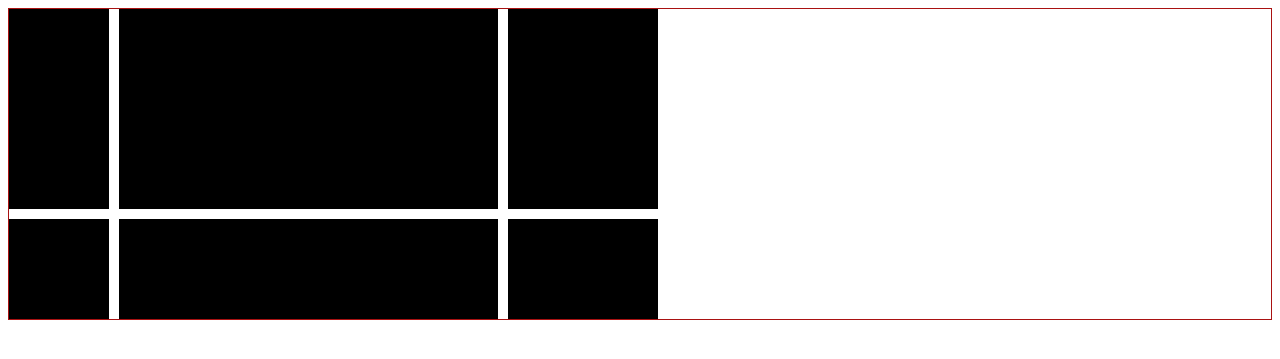
Repository: IrinaGetmanenko/week6
Page: tables.html
An editor plug-in stored every save of this project. The page is shown before and after the next save, followed by the edit.
The browser window is 1280 px wide. The pictures show the whole page.

Above is the page before, as saved 2022-09-01 15:57:34.

### tables.html
<!DOCTYPE html>
<html lang="en">
<head>
    <meta charset="UTF-8">
    <meta http-equiv="X-UA-Compatible" content="IE=edge">
    <meta name="viewport" content="width=device-width, initial-scale=1.0">
    <title>Document</title>
</head>
<style>

.container {
  display: grid;
  border: 1px solid rgb(169, 18, 18);
  color: blue;
  grid-template-columns: 100px 30% 150px;
  grid-template-rows: 200px 100px;
  gap: 10px;
}

.item1 {
    background-color: black;
}
.item2 {
    background-color: black;
}
.item3 {
    background-color: black;
}
.item4 {
    background-color: black;
}
.item5 {
    background-color: black;
}
.item6 {
    background-color: black;
}

</style>
<body>
        <div class="container">
        <div class="item item1"></div>
        <div class="item item2"></div>
        <div class="item item3"></div>
        <div class="item item4"></div>
        <div class="item item5"></div>
        <div class="item item6"></div>
      </div>
</body>
</html>

After the next save:
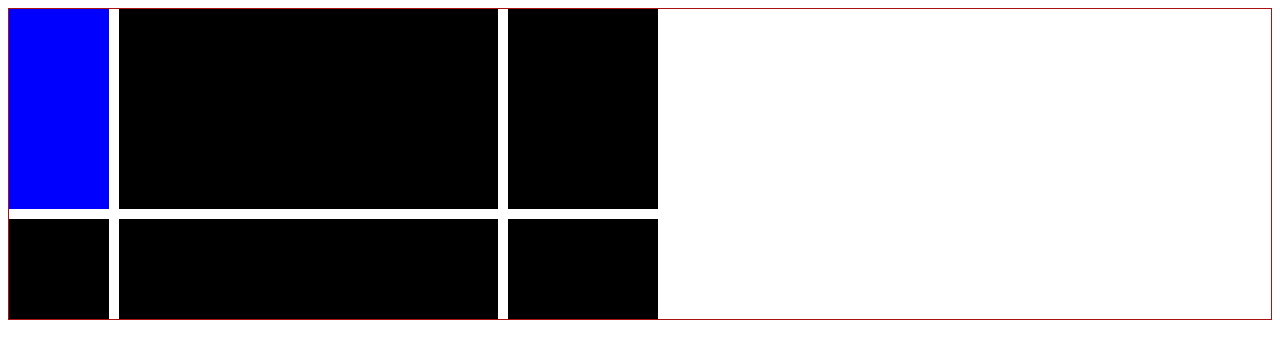
Saved 45 s later.
--- a/tables.html
+++ b/tables.html
@@ -11,14 +11,13 @@
 .container {
   display: grid;
   border: 1px solid rgb(169, 18, 18);
-  color: blue;
   grid-template-columns: 100px 30% 150px;
   grid-template-rows: 200px 100px;
   gap: 10px;
 }
 
 .item1 {
-    background-color: black;
+    background-color: rgb(0, 0, 255);
 }
 .item2 {
     background-color: black;
